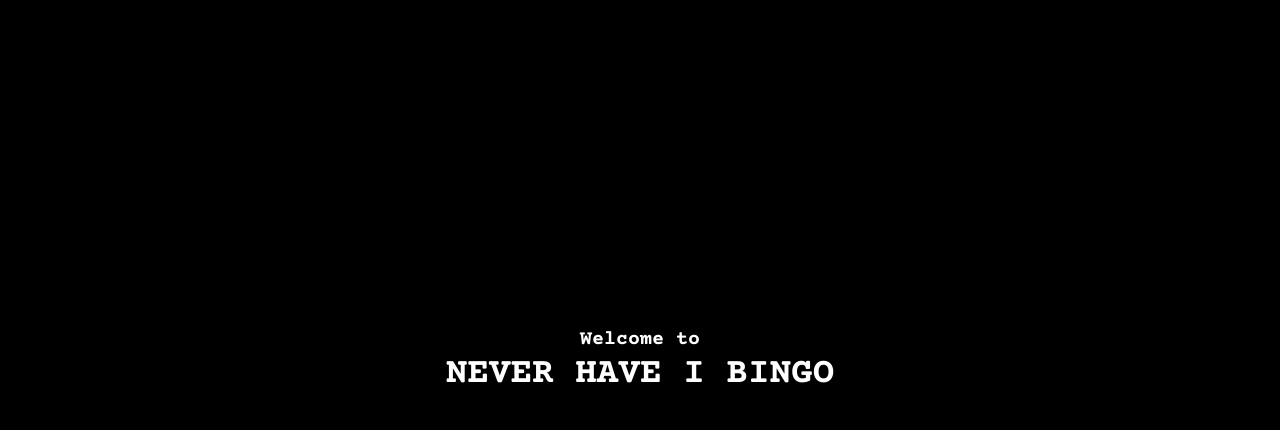
Repository: Jeysmeister/sensoryminds-bingo
Page: /
These files come from the project's save history. The page is drawn as it stood at one moment and after the next save; the edit follows.
The browser window is 1280 px wide. The pictures show the whole page.
The project was rebuilt for these pictures with package versions that can differ from the ones it lists, and the page was loaded fresh each time. The framework's server and built-in components were replaced by stand-ins that run in the browser. Also part of the build but not shown: next.config.ts.

Above is the page before, as saved 2024-11-12 17:58:30.

After the next save:
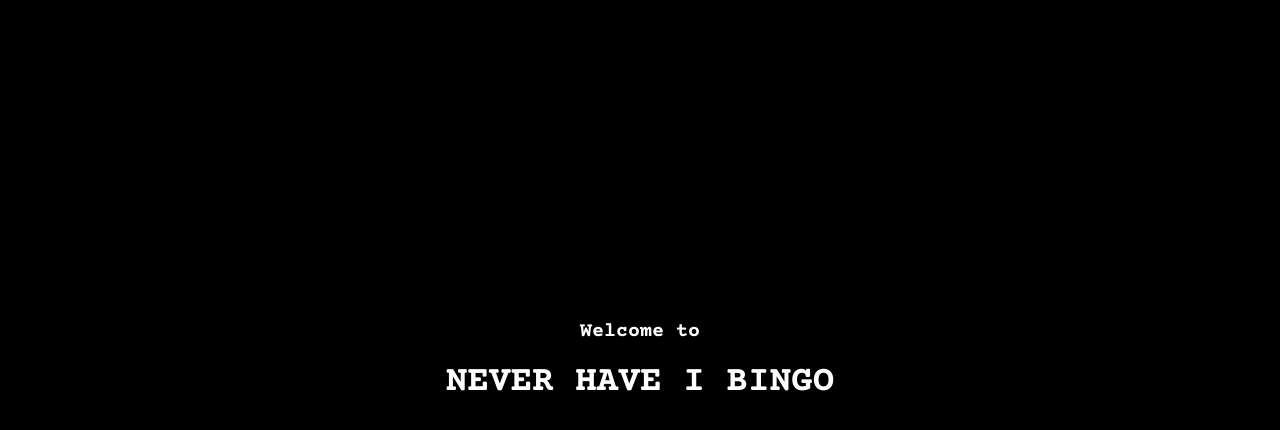
Saved 4 s later.
--- a/app/page.tsx
+++ b/app/page.tsx
@@ -10,7 +10,7 @@ export default function Home() {
   const questions = getRandomQuestions(24);
   return (
     <div className="flex w-screen">
-      <div className="w-screen h-screen flex justify-center items-center text-white bg-black flex-col">
+      <div className="w-screen h-screen flex justify-center items-center text-white bg-black flex-col gap-4">
         <div className="text-xl font-bold">Welcome to</div> <div className="text-4xl font-bold">NEVER HAVE I BINGO</div>
       </div>
       {/* <div className="w-screen h-screen flex flex-col justify-center items-center">
